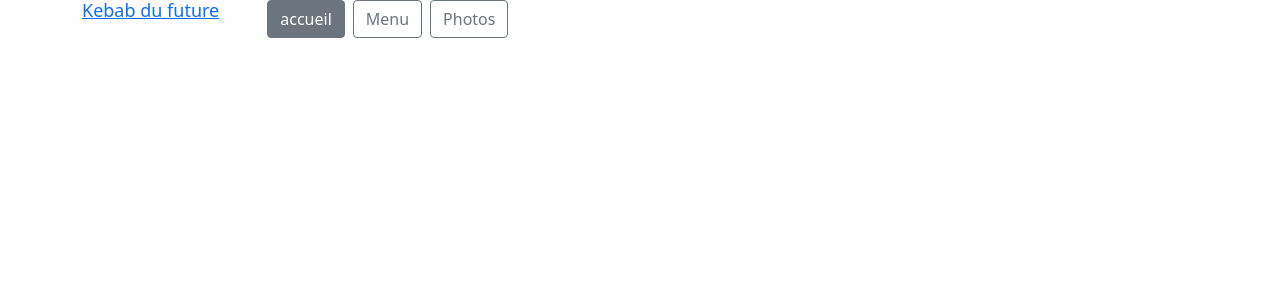
Repository: phbord/THP-js-exercices-manipulation-DOM
Page: index.html
The author's editor kept a copy of each file at every save. The page is drawn from the files as they stood at one save, then again after a run of saves.
The browser window is 1280 px wide. The pictures show the whole page.

Above is the page before, as saved 2021-07-19 10:59:18.

After the next 3 saves:
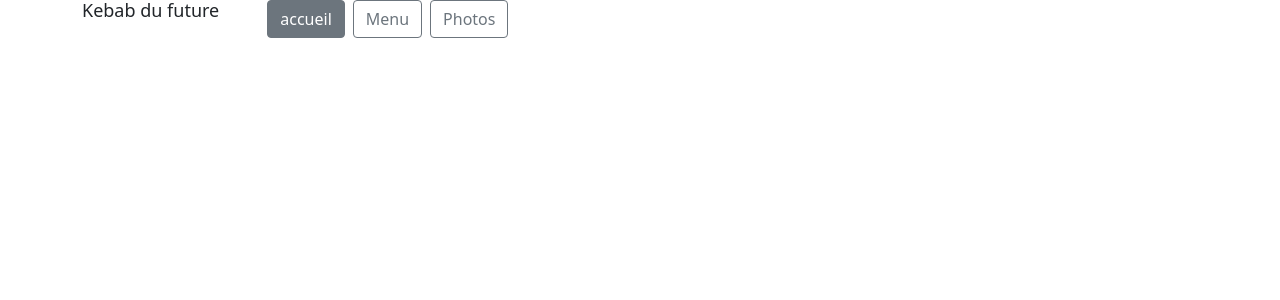
The 3 saves are shown as one change because they came seconds apart.
The last was saved 20 s later.
--- a/index.html
+++ b/index.html
@@ -13,9 +13,9 @@
         <!-- HEADER -->
         <header>
             <nav class="container d-flex">
-                <a class="me-5" href="#">
+                <div class="me-5" href="#">
                     <h1>Kebab du future</h1>
-                </a>
+                </div>
                 <ul class="d-flex">
                     <li class="me-2">
                         <a class="btn btn-secondary" href="#">accueil</a>
